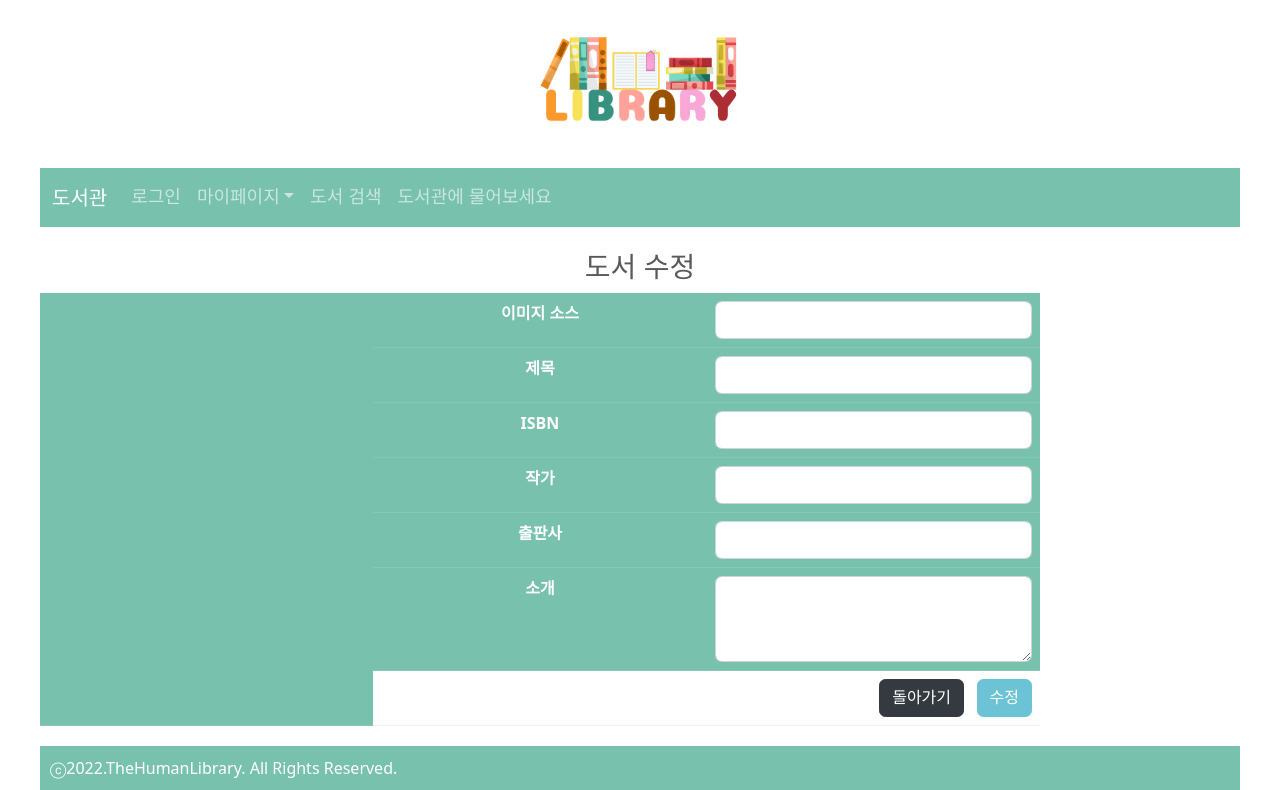
Repository: ahnbin00/Library
Page: http://localhost/BookRental/WEB-INF/book/manageBook.jsp
These files come from the project's save history. The page is drawn as it stood at one moment and after the next save; the edit follows.
The browser window is 1280 px wide. The pictures show the whole page.
Some web fonts or font styles are not loaded; a fallback is used. Some web libraries are served in a nearby version. The page is served by Tomcat 9. Nobody is signed in. The template is opened directly, without the code that normally fills it, so the values that code supplies are empty.

Above is the page before, as saved 2022-12-22 07:33:59.

After the next save:
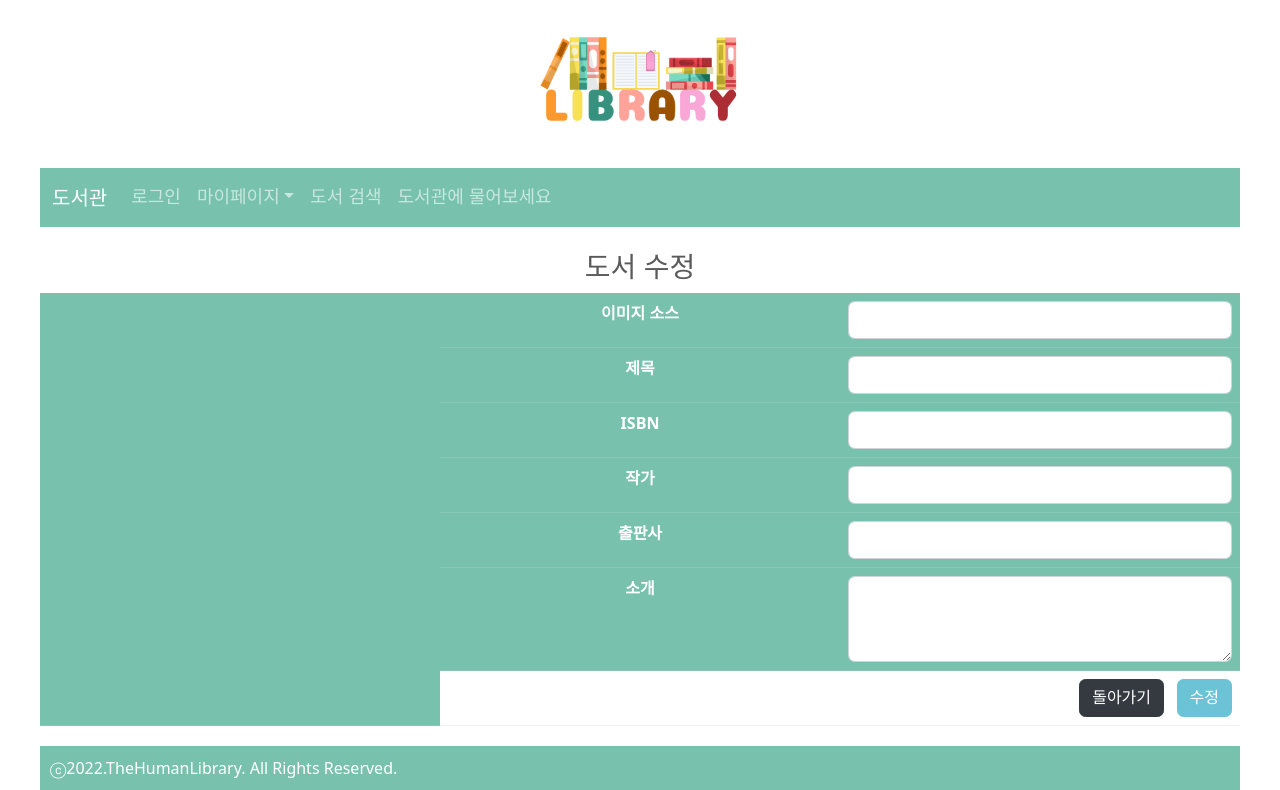
Saved 52 s later.
--- a/BookRental/src/main/webapp/WEB-INF/book/manageBook.jsp
+++ b/BookRental/src/main/webapp/WEB-INF/book/manageBook.jsp
@@ -26,7 +26,7 @@ th, td{
 	<h3>도서 수정</h3>
 	<form action="updateBook.do">
 	<input type="hidden" name="seq" value="${book.seq }">
-	<table class="table table-hover" style="width:1000px;">
+	<table class="table table-hover" style="width:1200px;">
 		<tr class="table-primary">
 			<td rowspan="7" width="200px"><img src="${book.image }" height="320px"></td>
 			<th scope="row" width="100px">이미지 소스</th>
